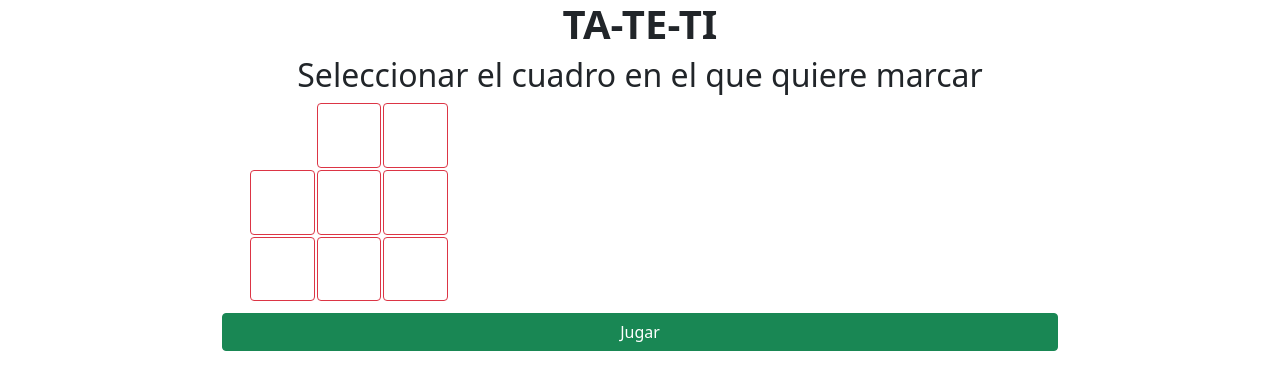
Repository: Lean97-start/TATETI
Page: Tateti.html
An editor plug-in stored every save of this project. The page is shown before and after a run of saves, followed by the edit.
The browser window is 1280 px wide. The pictures show the whole page.

Above is the page before, as saved 2021-07-11 23:02:29.
Console error: SyntaxError: Unexpected token ')'

After the next 2 saves:
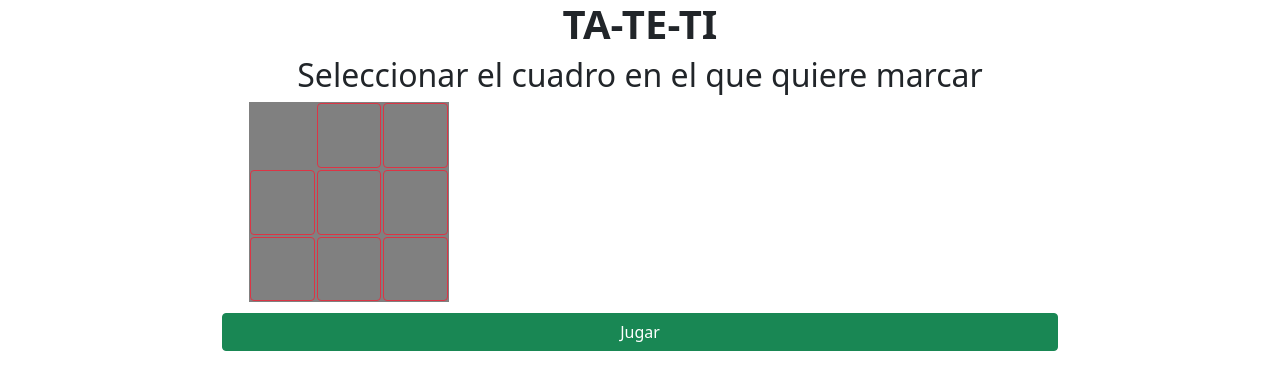
The 2 saves are shown as one change because they came seconds apart.
The last was saved 17 s later.
--- a/Tateti.css
+++ b/Tateti.css
@@ -7,8 +7,8 @@ h2{
     text-align: center;
 }
 #cuadro{
-    /* border: 5px teal solid;
-    background: grey; */
+    /* border: 5px teal solid;*/
+    background: grey;
     position: relative;
     height: 200px;
     width: 200px;
